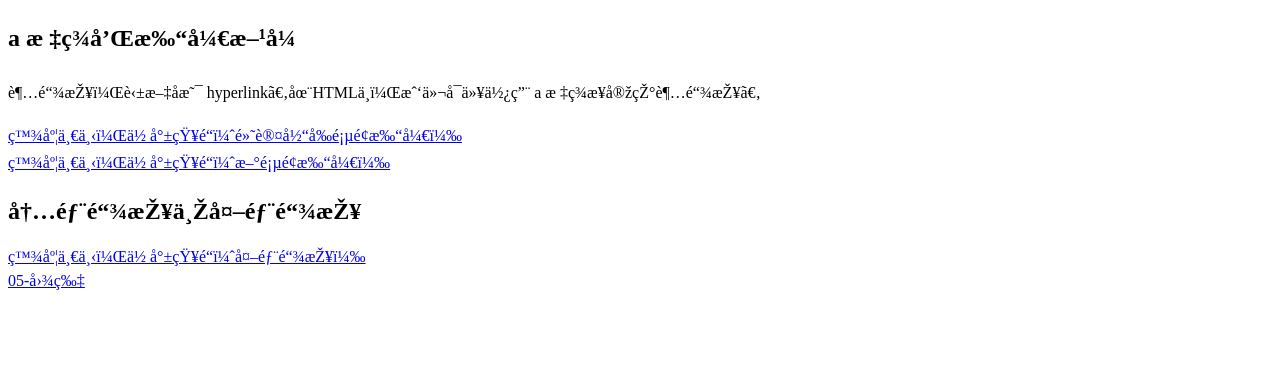
Repository: liang-n/front-end-basics
Page: 08-超链接.html
The author's editor kept a copy of each file at every save. The page is drawn from the files as they stood at one save, then again after the next save.
The browser window is 1280 px wide. The pictures show the whole page.

Above is the page before, as saved 2022-05-15 13:20:10.

After the next save:
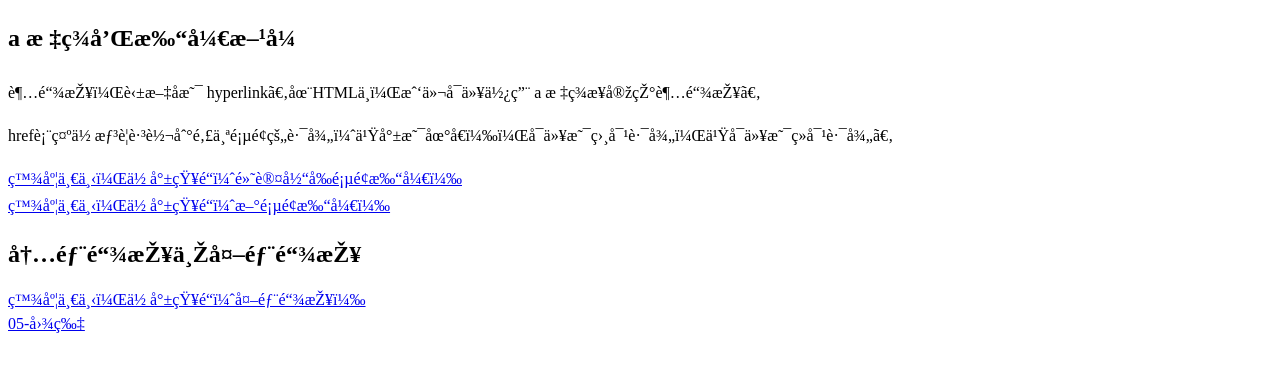
Saved 11 s later.
--- a/08-超链接.html
+++ b/08-超链接.html
@@ -10,7 +10,7 @@
     <div>
         <h2>a 标签和打开方式</h2>
         <p>超链接，英文名是 hyperlink。在HTML中，我们可以使用 a 标签来实现超链接。</p>
-        <p></p>
+        <p>href表示你想要跳转到那个页面的路径（也就是地址），可以是相对路径，也可以是绝对路径。</p>
         <a href="https://www.baidu.coom/">百度一下，你就知道（默认当前页面打开）</a>
         <br>
         <a href="https://www.baidu.coom/" target="_blank">百度一下，你就知道（新页面打开）</a>
